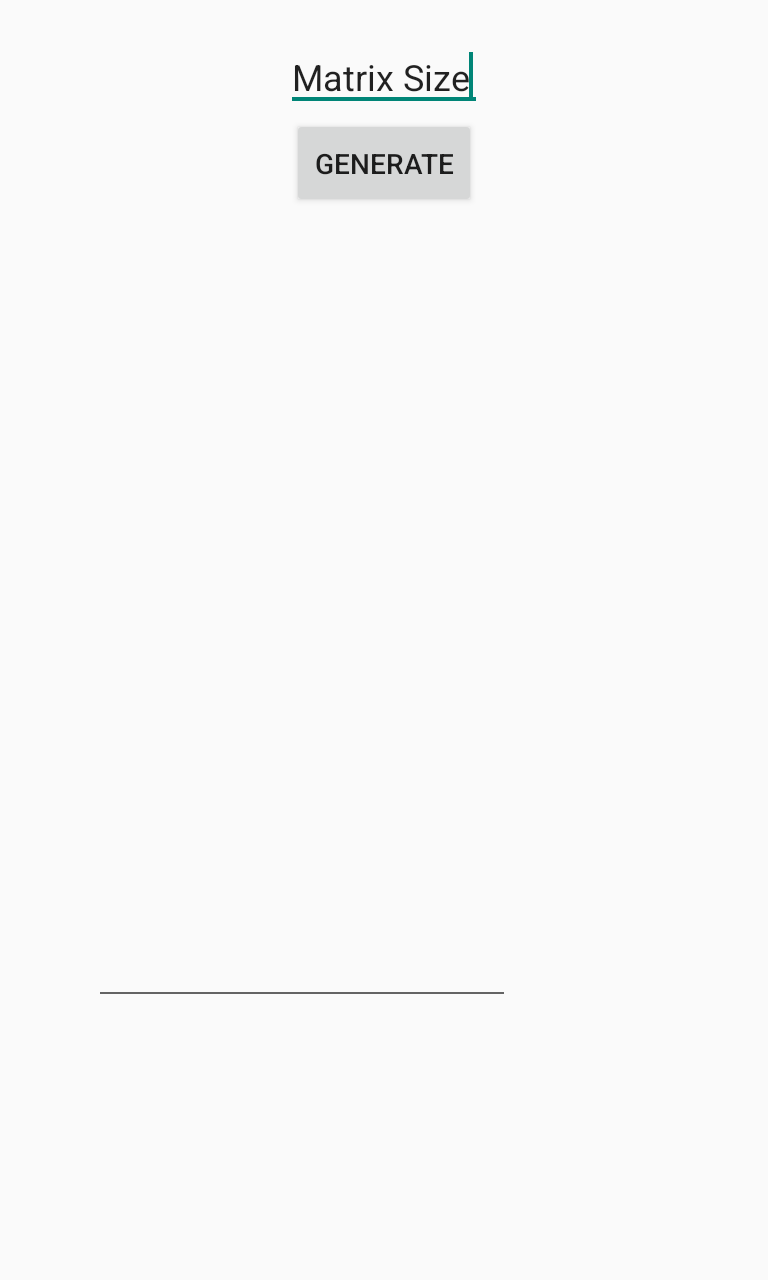
Repository: lhsieh814/ParallelProject
Layout: MatrixManipulation/res/layout/activity_main.xml
The author's editor kept a copy of each file at every save. The layout is drawn from the files as they stood at one save, then again after the next save.
It is drawn on a 768 x 1280 px phone screen (xhdpi) without system bars, with theme AppTheme; the app's code is not run.

Above is the layout before, as saved 2014-11-22 17:15:04.

### MatrixManipulation/res/layout/activity_main.xml
<RelativeLayout xmlns:android="http://schemas.android.com/apk/res/android"
    xmlns:tools="http://schemas.android.com/tools"
    android:layout_width="match_parent"
    android:layout_height="match_parent"
    android:paddingBottom="@dimen/activity_vertical_margin"
    android:paddingLeft="@dimen/activity_horizontal_margin"
    android:paddingRight="@dimen/activity_horizontal_margin"
    android:paddingTop="@dimen/activity_vertical_margin"
    tools:context="com.example.matrixmanipulation.MainActivity" >

    <EditText
        android:id="@+id/editText1"
        android:layout_width="100dp"
        android:layout_height="wrap_content"
        android:layout_alignParentTop="true"
        android:layout_centerHorizontal="true"
        android:ems="10"
        android:inputType="number"
        android:text="Matrix Size" >

        <requestFocus />
    </EditText>

    <Button
        android:id="@+id/button1"
        android:layout_width="wrap_content"
        android:layout_height="wrap_content"
        android:layout_below="@+id/editText1"
        android:layout_centerHorizontal="true"
        android:text="Generate" />

    <EditText
        android:id="@+id/editText2"
        android:layout_width="wrap_content"
        android:layout_height="wrap_content"
        android:layout_alignParentBottom="true"
        android:layout_alignParentLeft="true"
        android:layout_marginBottom="119dp"
        android:layout_marginLeft="30dp"
        android:ems="10"
        android:inputType="textMultiLine" />

</RelativeLayout>

Loaded but not shown: MatrixManipulation/res/values/styles.xml (common file); MatrixManipulation/res/values-v11/styles.xml (common file); MatrixManipulation/res/values-v14/styles.xml (common file); MatrixManipulation/res/values/dimens.xml (common file); MatrixManipulation/res/values-w820dp/dimens.xml (common file)

After the next save:
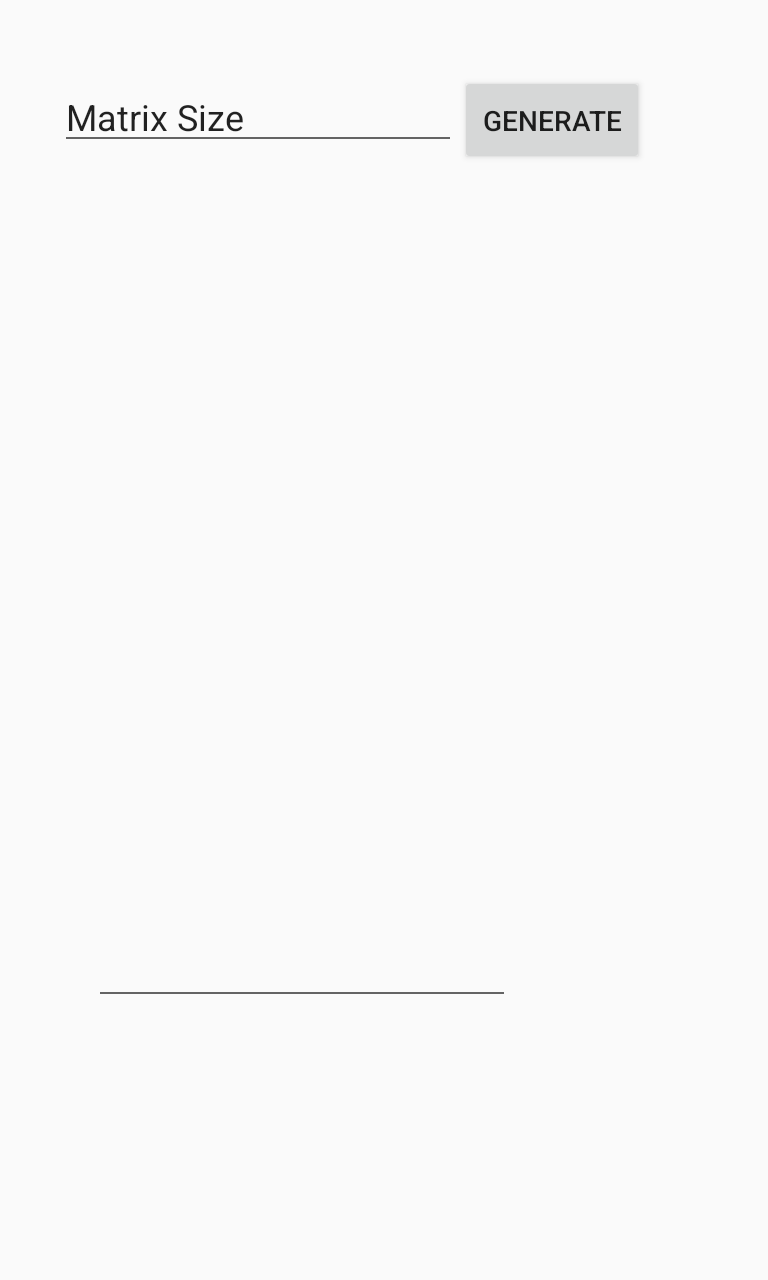
Saved 16 s later.
--- a/MatrixManipulation/res/layout/activity_main.xml
+++ b/MatrixManipulation/res/layout/activity_main.xml
@@ -7,27 +7,6 @@
     android:paddingRight="@dimen/activity_horizontal_margin"
     android:paddingTop="@dimen/activity_vertical_margin"
     tools:context="com.example.matrixmanipulation.MainActivity" >
-
-    <EditText
-        android:id="@+id/editText1"
-        android:layout_width="100dp"
-        android:layout_height="wrap_content"
-        android:layout_alignParentTop="true"
-        android:layout_centerHorizontal="true"
-        android:ems="10"
-        android:inputType="number"
-        android:text="Matrix Size" >
-
-        <requestFocus />
-    </EditText>
-
-    <Button
-        android:id="@+id/button1"
-        android:layout_width="wrap_content"
-        android:layout_height="wrap_content"
-        android:layout_below="@+id/editText1"
-        android:layout_centerHorizontal="true"
-        android:text="Generate" />
 
     <EditText
         android:id="@+id/editText2"
@@ -40,4 +19,25 @@
         android:ems="10"
         android:inputType="textMultiLine" />
 
+    <EditText
+        android:id="@+id/editText1"
+        android:layout_width="200dp"
+        android:layout_height="wrap_content"
+        android:layout_alignParentTop="true"
+        android:layout_marginTop="20dp"
+        android:layout_toLeftOf="@+id/button1"
+        android:ems="10"
+        android:inputType="number"
+        android:text="Matrix Size" />
+
+    <Button
+        android:id="@+id/button1"
+        android:layout_width="wrap_content"
+        android:layout_height="wrap_content"
+        android:layout_alignBaseline="@+id/editText1"
+        android:layout_alignBottom="@+id/editText1"
+        android:layout_alignParentRight="true"
+        android:layout_marginRight="45dp"
+        android:text="Generate" />
+
 </RelativeLayout>
